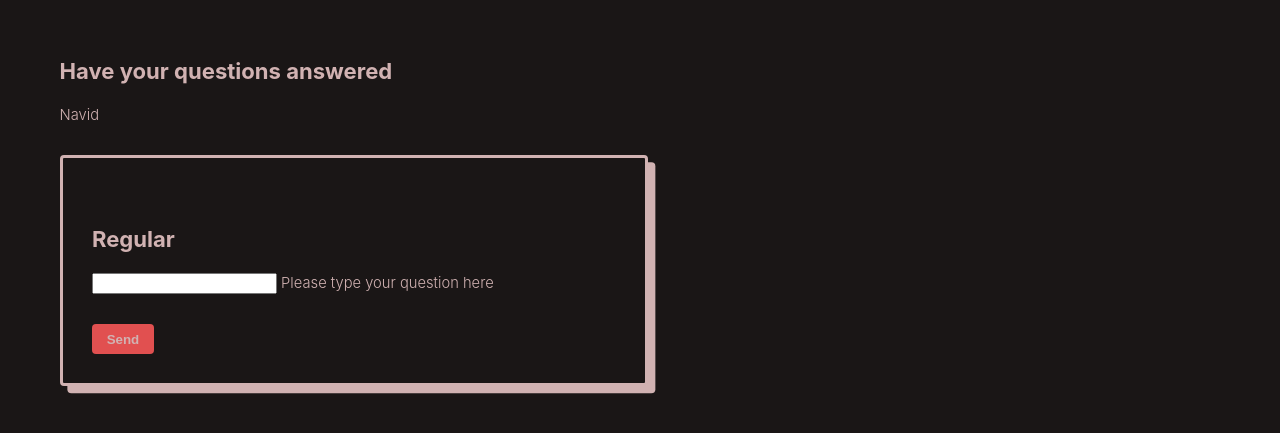
Repository: navid-amini12/capstone-1
Page: quiz.html
The author's editor kept a copy of each file at every save. The page is drawn from the files as they stood at one save, then again after the next save.
The browser window is 1280 px wide. The pictures show the whole page.
Some web fonts or font styles are not loaded; a fallback is used.

Above is the page before, as saved 2022-05-17 12:33:37.

### quiz.html

<head>
    <link rel="stylesheet" href="quiz.css">
    </head>

<article class="l-design-widht">
    <h1>Have your questions answered</h1>

   <p>Navid</p>

    <div class="card">
      <h2><svg class="icon" aria-hidden="true">
        <h2>Regular</h2>
      <label class="input">
        <input class="input__field" type="text" placeholder=" " />
        <span class="input__label">Please type your question here</span>
      </label>
      <div class="button-group">
        <button>Send</button>

      </div>
    </div>



  <svg xmlns="http://www.w3.org/2000/svg" class="hidden">
    <symbol id="icon-coffee" viewBox="0 0 20 20">
      <title>icon-coffee</title>
      <path fill="currentColor" d="M15,17H14V9h3a3,3,0,0,1,3,3h0A5,5,0,0,1,15,17Zm1-6v3.83A3,3,0,0,0,18,12a1,1,0,0,0-1-1Z"/>
      <rect fill="currentColor" x="1" y="7" width="15" height="12" rx="3" ry="3"/>
      <path fill="var(--color-accent)" d="M7.07,5.42a5.45,5.45,0,0,1,0-4.85,1,1,0,0,1,1.79.89,3.44,3.44,0,0,0,0,3.06,1,1,0,0,1-1.79.89Z"/>
      <path fill="var(--color-accent)" d="M3.07,5.42a5.45,5.45,0,0,1,0-4.85,1,1,0,0,1,1.79.89,3.44,3.44,0,0,0,0,3.06,1,1,0,1,1-1.79.89Z"/>
      <path fill="var(--color-accent)" d="M11.07,5.42a5.45,5.45,0,0,1,0-4.85,1,1,0,0,1,1.79.89,3.44,3.44,0,0,0,0,3.06,1,1,0,1,1-1.79.89Z"/>
    </symbol>
  </svg>

### quiz.css
@import url('https://rsms.me/inter/inter.css');

:root {
  --color-light: rgb(26, 22, 22);
  --color-dark: #d1b2b2;
  --color-signal: #e15050;

  --color-background: var(--color-light);
  --color-text: var(--color-dark);
  --color-accent: var(--color-signal);

  --size-bezel: .5rem;
  --size-radius: 4px;

  line-height: 1.4;

  font-family: 'Inter', sans-serif;
  font-size: calc(.6rem + .4vw);
  color: var(--color-text);
  background: var(--color-background);
  font-weight: 300;
  padding: 0 calc(var(--size-bezel) * 3);
}





.card {
  background: var(--color-background);
  padding: calc(4 * var(--size-bezel));
  margin-top: calc(4 * var(--size-bezel));
  border-radius: var(--size-radius);
  border: 3px solid var(--color-shadow, currentColor);
  box-shadow: .5rem .5rem 0 var(--color-shadow, currentColor);




}


.l-design-widht {
  max-width: 40rem;
  padding: 2rem;
}

.input {
  position: relative;








}


.button-group {
  margin-top: 30px
}
button {
  color: currentColor;
  padding: var(--size-bezel) calc(var(--size-bezel) * 2);
  background: var(--color-accent);
  border: none;
  border-radius: var(--size-radius);
  font-weight: 900;
}


.icon {
  display: inline-block;
  height: 0em;
  margin-right: .5em;
}

After the next save:
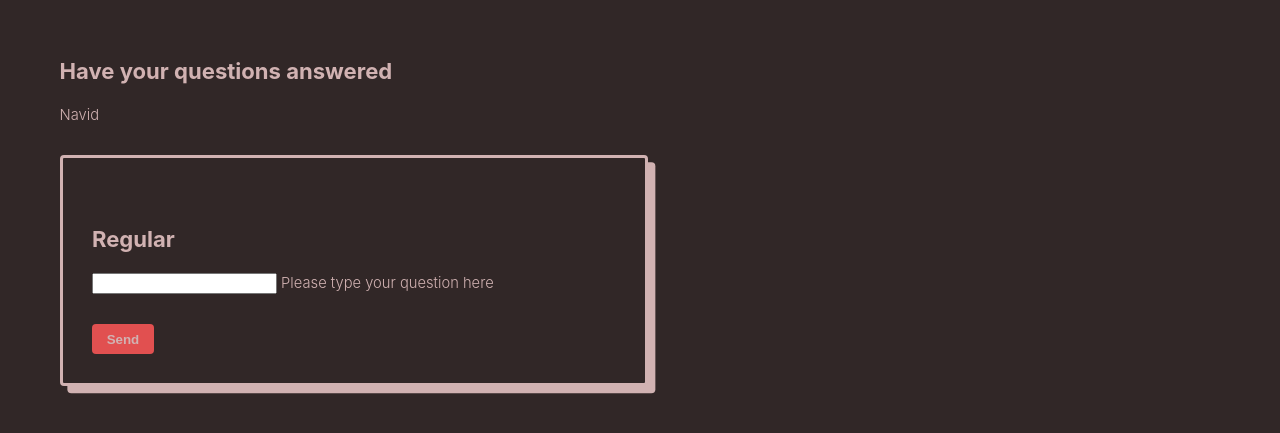
Saved 6 s later.
--- a/quiz.css
+++ b/quiz.css
@@ -1,7 +1,7 @@
 @import url('https://rsms.me/inter/inter.css');
 
 :root {
-  --color-light: rgb(26, 22, 22);
+  --color-light: rgb(49, 39, 39);
   --color-dark: #d1b2b2;
   --color-signal: #e15050;
 
